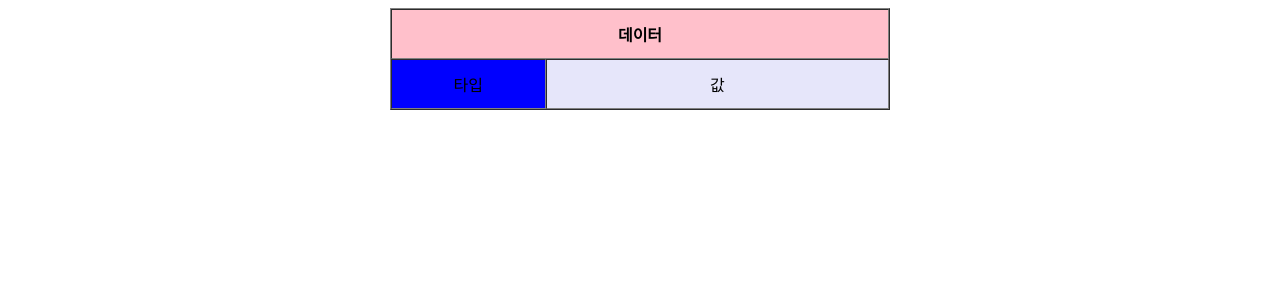
Repository: sangah-park98/jsp-class
Page: k20230503_1_html/src/main/webapp/23_table_tr_th_td.html
An editor plug-in stored every save of this project. The page is shown before and after the next save, followed by the edit.
The browser window is 1280 px wide. The pictures show the whole page.

Above is the page before, as saved 2023-05-04 03:34:38.

After the next save:
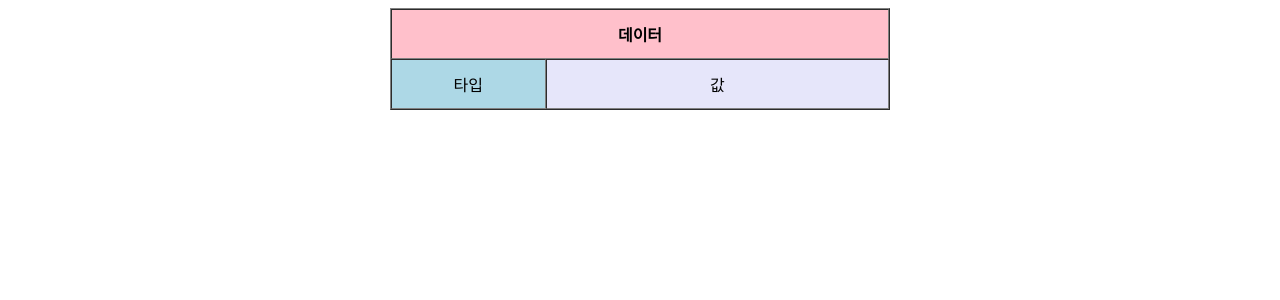
Saved 20 s later.
--- a/k20230503_1_html/src/main/webapp/23_table_tr_th_td.html
+++ b/k20230503_1_html/src/main/webapp/23_table_tr_th_td.html
@@ -42,7 +42,7 @@
 		</th>
 	</tr>
 	<tr height="50" bgcolor="lavender">
-		<td width="150" align="center" bgcolor="blue">타입</td>
+		<td width="150" align="center" bgcolor="lightblue">타입</td>
 		<td width="350" align="center">값</td>
 	</tr>
 
